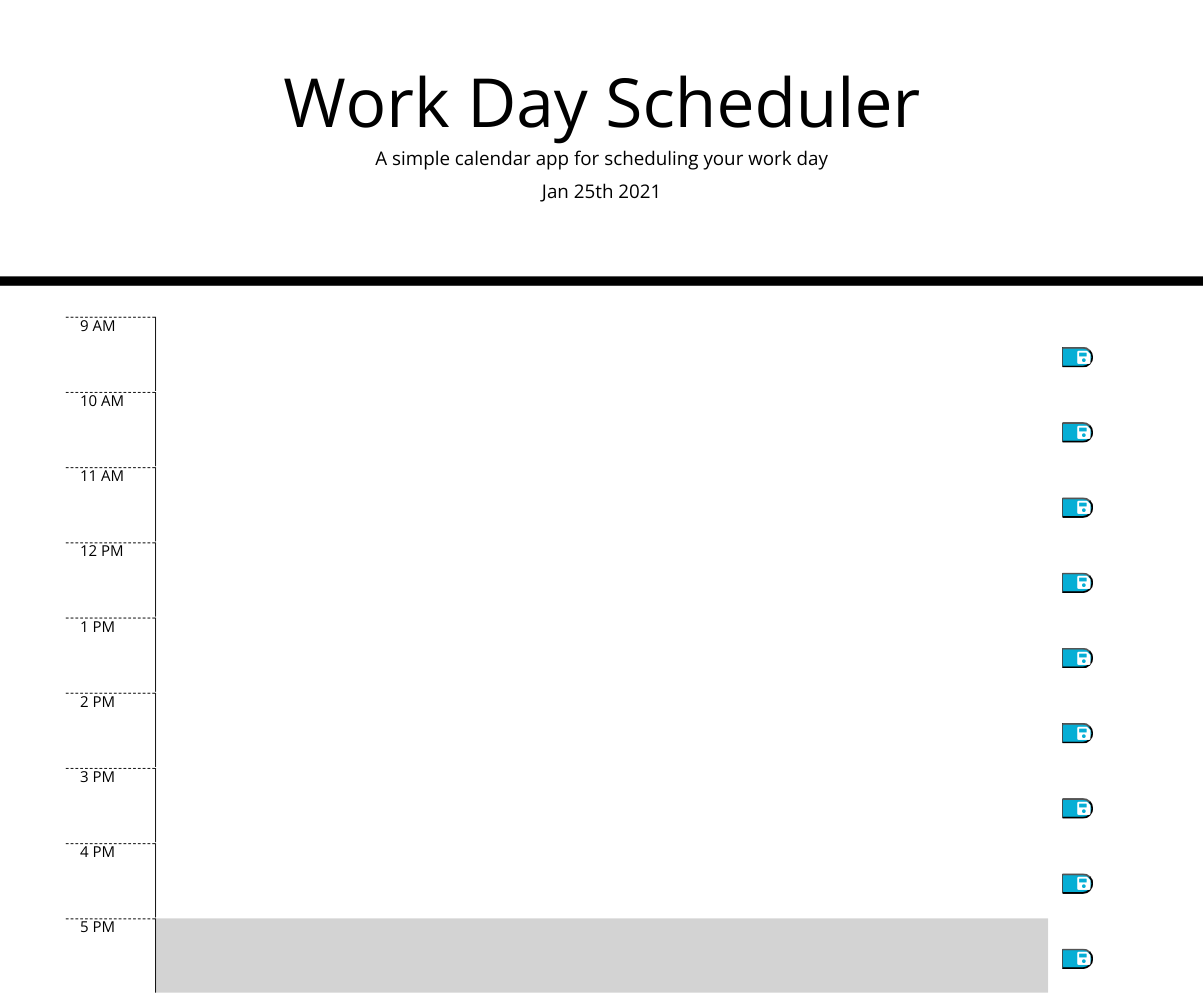
Repository: UPye/workDayScheduler
Page: index.html
The author's editor kept a copy of each file at every save. The page is drawn from the files as they stood at one save, then again after the next save.
The browser window is 1280 px wide. The pictures show the whole page, at 94% of full size.
Some web libraries are served in a nearby version.

Above is the page before, as saved 2021-01-25 21:37:10.

After the next save:
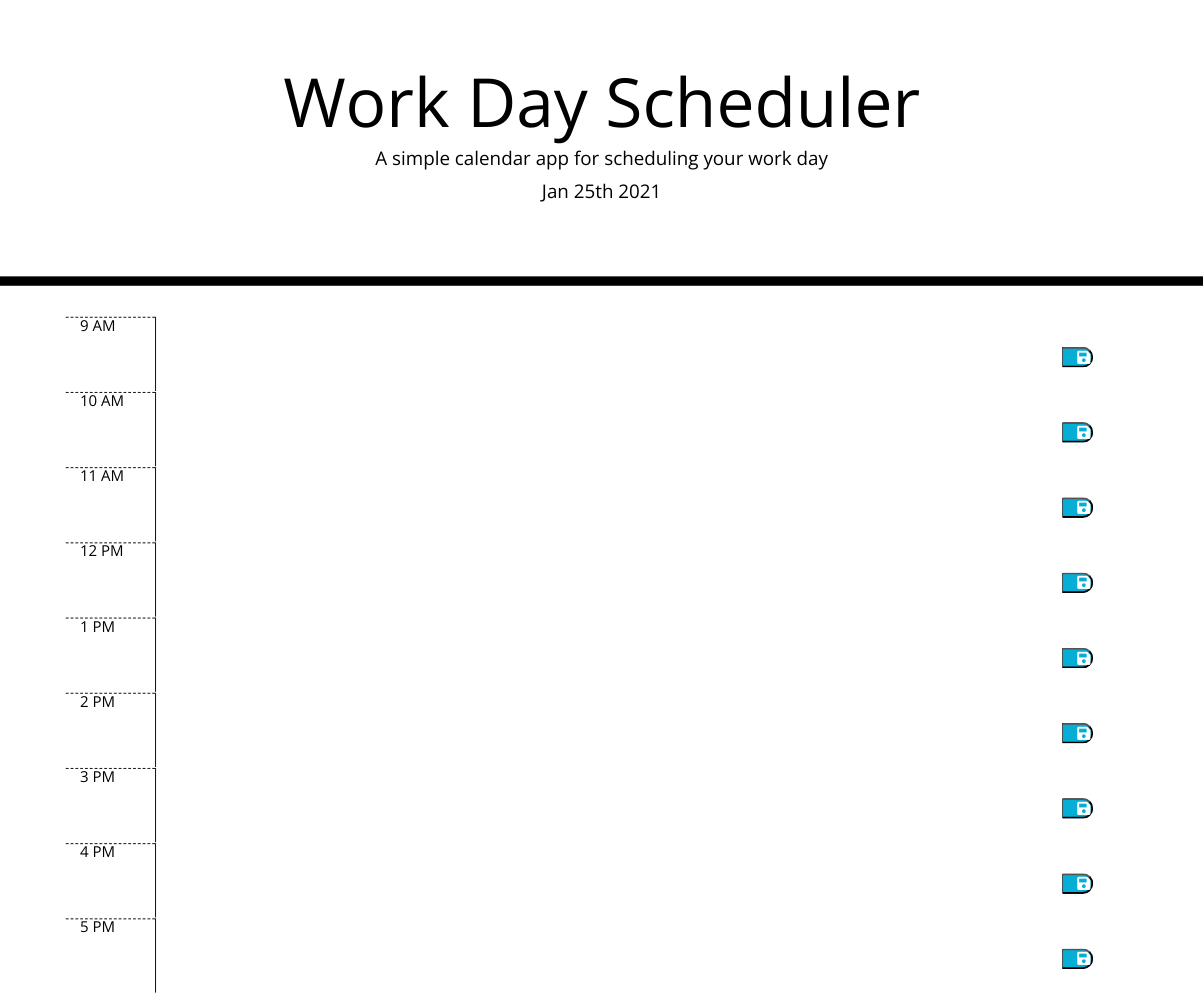
Saved 8 s later.
--- a/index.html
+++ b/index.html
@@ -89,7 +89,7 @@
       </section>
       <section class="row timeblocks">
         <div class="col-1 hour">5 PM</div>
-        <textarea id="5pm hour-5" class="task col-10" placeholder="" autocomplete="off"></textarea>
+        <textarea id="hour-5" class="task col-10" placeholder="" autocomplete="off"></textarea>
         <div class="col-1 save">
           <button type="button" id="save-5" data-id="5" class="saveBtn col-1"><i class="fas fa-save"></i></button>
         </div>
